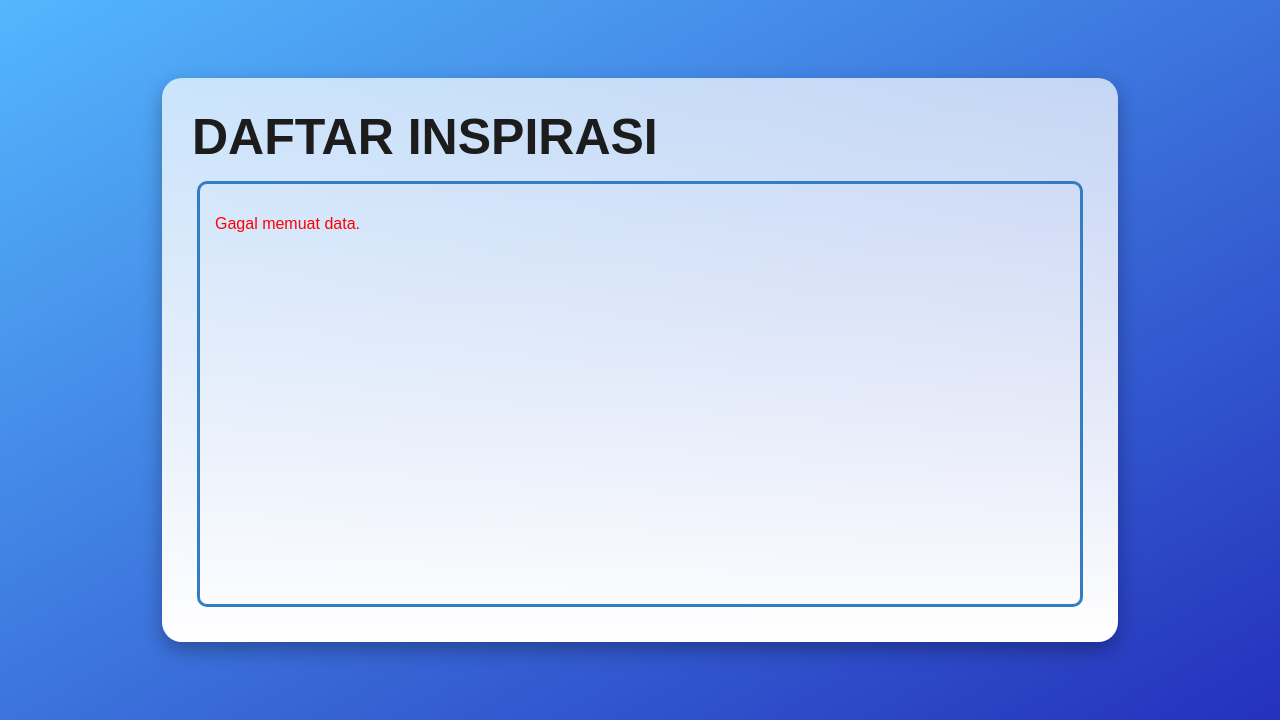
Repository: syauqiazka/Aspirasi
Page: DaftarSaran/daftar.html
An editor plug-in stored every save of this project. The page is shown before and after a run of saves, followed by the edit.
The browser window is 1280 px wide. The pictures show the whole page.
The page's requests for data from a server got no answer.

Above is the page before, as saved 2025-10-29 13:29:32.

### DaftarSaran/daftar.html
<!DOCTYPE html>
<html lang="en">

<head>
  <meta charset="UTF-8" />
  <meta name="viewport" content="width=device-width, initial-scale=1.0" />
  <title>Daftar Inspirasi</title>
  <link rel="stylesheet" href="daftar.css" />
</head>

<body>
  <div class="container">
    <h1 class="judul">DAFTAR INSPIRASI</h1> <!-- Sesuai dengan JS dan CSS -->
    <div id="inspirasiContainer" class="inspirasi-container"></div>
  </div> <!-- POPUP -->
  <div id="popupOverlay" class="popup-overlay">
    <div class="popup-box">
      <h2>Detail Saran</h2>
      <div class="popup-row"> <span class="popup-label">Nama:</span> <span id="popupNama" class="popup-value"></span>
      </div>
      <div class="popup-row"> <span class="popup-label">Isi:</span> <span id="popupIsi" class="popup-value"></span>
      </div> <button id="tutupPopup">Tutup</button>
    </div>
  </div>
  <script src="daftar.js"></script>
</body>

</html>

### DaftarSaran/daftar.css
/*
======================
  General Styles
======================
*/
:root {
  /* Definisikan warna di sini untuk konsistensi */
  --primary-color: #337dc2; /* Biru utama */
  --secondary-color: #2431BC; /* Biru gradien */
  --background-start: #54B6FD; /* Biru gradien awal */
  --background-end: #2431BC; /* Biru gradien akhir */
  --text-dark: #1c1c1c;
  --text-light: #333;
  --text-popup: #383838;
}

body {
  margin: 0;
  height: 100vh;
  /* Gunakan variabel CSS untuk warna */
  background: linear-gradient(to bottom right, var(--background-start), var(--background-end));
  display: flex;
  justify-content: center;
  align-items: center;
  font-family: 'Poppins', Arial, sans-serif;

  /* Initial state untuk animasi fade-in */
  opacity: 0;
  transform: translateY(10px);
  transition: opacity 0.6s ease, transform 0.6s ease;
}

body.loaded {
  opacity: 1;
  transform: translateY(0);
}

/*
======================
  Main Container
======================
*/
.container {
  width: 70%;
  height: 70%;
  background: linear-gradient(to bottom, rgba(255, 255, 255, 0.7), rgba(255, 255, 255, 1));
  border-radius: 20px;
  box-shadow: 0 8px 20px rgba(0, 0, 0, 0.3);
  padding: 30px;
  display: flex;
  flex-direction: column;
  z-index: 1;
  transition: filter 0.3s ease;
}

.blur {
  filter: blur(6px);
}

.judul {
  font-size: 50px;
  font-weight: 600;
  color: var(--text-dark);
  margin: 0 0 10px 0;
}

/*
======================
  Inspirasi Container
======================
*/
.inspirasi-container {
  /* Perbaikan: Ganti nama kelas di sini agar sesuai dengan HTML
     atau pastikan ID di HTML adalah #inspirasiContainer */
  flex: 1;
  background: rgba(255, 255, 255, 0);
  border: 3px solid var(--primary-color);
  border-radius: 10px;
  padding: 15px 30px 10px 15px;
  margin: 5px;
  overflow-y: auto;
  box-sizing: border-box;
  /* Tambahan: Dukungan untuk scrollbar Firefox */
  scrollbar-color: var(--primary-color) #e0e0e000;
  scrollbar-width: thin;
}

.inspirasi-container::-webkit-scrollbar {
  width: 12px;
}
.inspirasi-container::-webkit-scrollbar-thumb {
  background: rgba(51, 125, 194, 0.44); /* Opacity 0.44 */
  border: 2px solid var(--primary-color);
  border-radius: 10px;
}
.inspirasi-container::-webkit-scrollbar-track {
  background: #e0e0e0;
  border-radius: 30px;
}
#inspirasiContainer,
.inspirasi-container {
  flex: 1;
  background: rgba(255, 255, 255, 0);
  border: 3px solid var(--primary-color);
  border-radius: 10px;
  padding: 15px;
  margin: 5px;
  overflow-y: auto;      /* scroll vertikal */
  overflow-x: hidden;    /* hilangkan scroll horizontal */
  word-wrap: break-word; /* pecah kata panjang */
  overflow-wrap: anywhere; /* pecah kata super panjang */
  white-space: normal;   /* wrap teks normal */
  min-width: 0;          /* penting untuk flexbox */
  box-sizing: border-box;
}



.box-saran {
  background: white;
  border: 2px solid var(--primary-color);
  border-radius: 10px;
  padding: 15px;
  margin-bottom: 15px;
  box-shadow: 0 2px 6px rgba(0, 0, 0, 0.1);
  cursor: pointer;
  word-wrap: break-word;
  overflow-wrap: anywhere;
  white-space: normal;
  min-width: 0;
}
.box-saran:hover {
  background: rgb(216, 241, 255);
}

.nama {
  font-weight: 600;
  font-size: 18px;
  margin: 0 0 5px 0;
  color: var(--text-dark);
}

.isi {
  margin: 0;
  font-size: 16px;
  color: var(--text-light);
  cursor: pointer;
  overflow: hidden;
  text-overflow: ellipsis;
  display: -webkit-box;
  -webkit-line-clamp: 3;      /* maksimal 3 baris */
  -webkit-box-orient: vertical;
  word-wrap: break-word;
  overflow-wrap: anywhere;
  white-space: normal;
  transition: all 0.2s ease;
}


.isi.expanded {
  display: block;
  overflow: visible;
  text-overflow: unset;
}


/*
======================
  Popup Styles
======================
*/
.popup-overlay {
  position: fixed;
  inset: 0;
  background: rgba(0, 0, 0, 0.3);
  backdrop-filter: blur(4px);
  display: none;
  justify-content: center;
  align-items: center;
  z-index: 10;
}

.popup-box {
  background: #ffffff;
  border-radius: 20px;
  box-shadow: 0 8px 25px rgba(0, 0, 0, 0.3);
  padding: 30px 40px;
  width: 400px;
  max-width: 85%;
  text-align: left;
  animation: muncul 0.3s ease;

  /* Tambahan agar bisa scroll saat teks panjang */
  max-height: 80vh;
  overflow-y: auto;
  box-sizing: border-box;
}

/* Biar scrollbar-nya halus dan rapi */
.popup-box::-webkit-scrollbar {
  width: 10px;
}

.popup-box::-webkit-scrollbar-thumb {
  background-color: rgba(51, 125, 194, 0.5);
  border-radius: 10px;
}

.popup-box::-webkit-scrollbar-track {
  background-color: #f0f0f0;
  border-radius: 10px;
}


@keyframes muncul {
  from { transform: scale(0.8); opacity: 0; }
  to { transform: scale(1); opacity: 1; }
}

.popup-box h2 {
  margin: 0 0 10px 0;
  font-size: 20px;
  color: var(--text-dark);
}

/* Penataan untuk label dan value di popup */
.popup-row {
  margin: 0 0 12px 0;
  font-size: 16px;
  color: var(--text-dark);
}

.popup-label {
  font-weight: 700;
  color: var(--text-dark);
  margin-right: 8px;
}

.popup-value {
  font-weight: 200;
  color: var(--text-popup);
  display: inline; /* Menghilangkan float */
}

/*
======================
  Button Styles
======================
*/
#tutupPopup {
  background: var(--primary-color);
  color: white;
  border: none;
  padding: 8px 18px;
  border-radius: 20px;
  font-size: 15px;
  cursor: pointer;
  float: right;
  transition: background 0.3s;
}

#tutupPopup:hover {
  background: #245c9c;
}

.tanggal {
  font-size: 0.8rem;
  color: #888;
  margin: 2px 0 5px 0;
}

.header-saran {
  display: flex;
  justify-content: space-between;
  align-items: center;
  margin-bottom: 5px;
}

.nama {
  font-weight: bold;
  font-size: 18px;
  color: var(--text-dark);
}

.tanggal {
  font-size: 0.8rem;
  color: #888;
}

### DaftarSaran/daftar.js
// Elemen dari HTML
const container = document.getElementById("inspirasiContainer");
const popupOverlay = document.getElementById("popupOverlay");
const popupNama = document.getElementById("popupNama");
const popupIsi = document.getElementById("popupIsi");
const tutupPopup = document.getElementById("tutupPopup");
const mainContainer = document.querySelector(".container");


// Fungsi ambil data dari backend
async function ambilSaran() {
  try {
    const res = await fetch("http://localhost:5000/api/saran");
    if (!res.ok) throw new Error("Gagal fetch data");

    const data = await res.json();
    console.log("✅ Data dari backend:", data);
    tampilkanSaran(data);
  } catch (err) {
    console.error("❌ Error saat ambil saran:", err);
    container.innerHTML = `<p style="color:red;">Gagal memuat data.</p>`;
  }
}

// Fungsi untuk menampilkan saran ke halaman
function tampilkanSaran(list) {
  container.innerHTML = "";

  if (!list || list.length === 0) {
    container.innerHTML = "<p>Tidak ada saran untuk ditampilkan.</p>";
    return;
  }

  list.forEach((data) => {
    const box = document.createElement("div");
    box.classList.add("box-saran");

    const nama = document.createElement("p");
    nama.classList.add("nama");
    nama.textContent = data.nama || "Anonim";

   const tanggal = document.createElement("p");
tanggal.classList.add("tanggal");

const dateStr = data.createdAt; // pakai createdAt dari DB
if (dateStr) {
  const date = new Date(dateStr);
  if (!isNaN(date)) {
    tanggal.textContent = date.toLocaleString("id-ID", {
      day: "2-digit",
      month: "short",
      year: "numeric",
      hour: "2-digit",
      minute: "2-digit",
    });
  } else {
    tanggal.textContent = "-";
  }
} else {
  tanggal.textContent = "-";
}

   const header = document.createElement("div");
  header.classList.add("header-saran");
  header.appendChild(nama);
    header.appendChild(tanggal);



  // Isi saran
  const isi = document.createElement("p");
  isi.classList.add("isi");
  isi.textContent = data.pesan || "-";

  // Append ke box
  box.appendChild(header); // ❌ sebelumnya nama di-append lagi, ini harus diganti
  box.appendChild(isi);

  container.prepend(box);

    // Klik → tampilkan popup
    box.addEventListener("click", () => {
      popupNama.textContent = data.nama || "Anonim";
      popupIsi.textContent = data.pesan || "-";
      popupOverlay.style.display = "flex";
      mainContainer.classList.add("blur");

      const popupBox = document.querySelector(".popup-box");
      popupBox.scrollTop = 0;
    });
  });
}

// Tutup popup
tutupPopup.addEventListener("click", () => {
  popupOverlay.style.display = "none";
  mainContainer.classList.remove("blur");

  const popupBox = document.querySelector(".popup-box");
  popupBox.scrollTop = 0;

    document.querySelectorAll(".isi.expanded").forEach((el) => {
      el.classList.remove("expanded");
      });
});

// Jalankan setelah halaman dimuat
document.addEventListener("DOMContentLoaded", () => {
  ambilSaran();
  document.body.classList.add("loaded");
});

// Fungsi toggle expand/collapse isi saran
document.addEventListener("click", (e) => {
  if (e.target.classList.contains("isi")) {
    e.target.classList.toggle("expanded");
  }
});

After the next 3 saves:
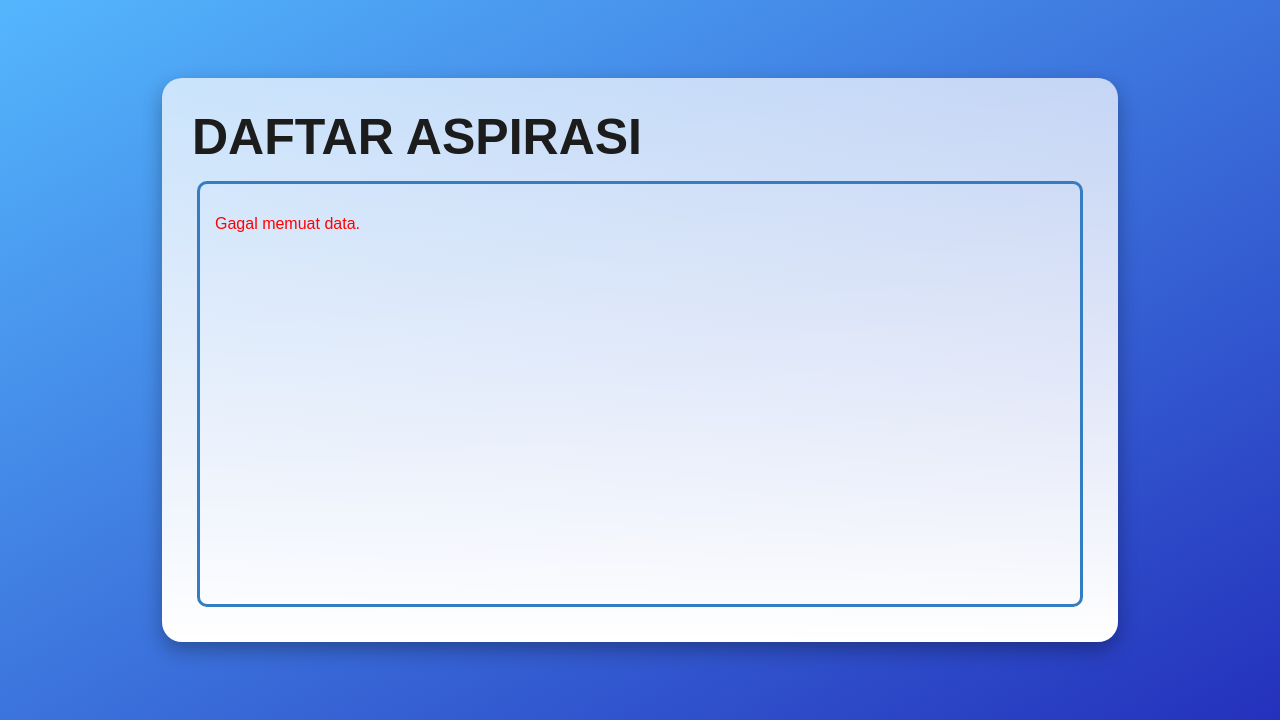
The 3 saves are shown as one change because they came seconds apart.
The last was saved 51 min 0 s later.
--- a/DaftarSaran/daftar.html
+++ b/DaftarSaran/daftar.html
@@ -10,7 +10,7 @@
 
 <body>
   <div class="container">
-    <h1 class="judul">DAFTAR INSPIRASI</h1> <!-- Sesuai dengan JS dan CSS -->
+    <h1 class="judul">DAFTAR ASPIRASI</h1> <!-- Sesuai dengan JS dan CSS -->
     <div id="inspirasiContainer" class="inspirasi-container"></div>
   </div> <!-- POPUP -->
   <div id="popupOverlay" class="popup-overlay">
